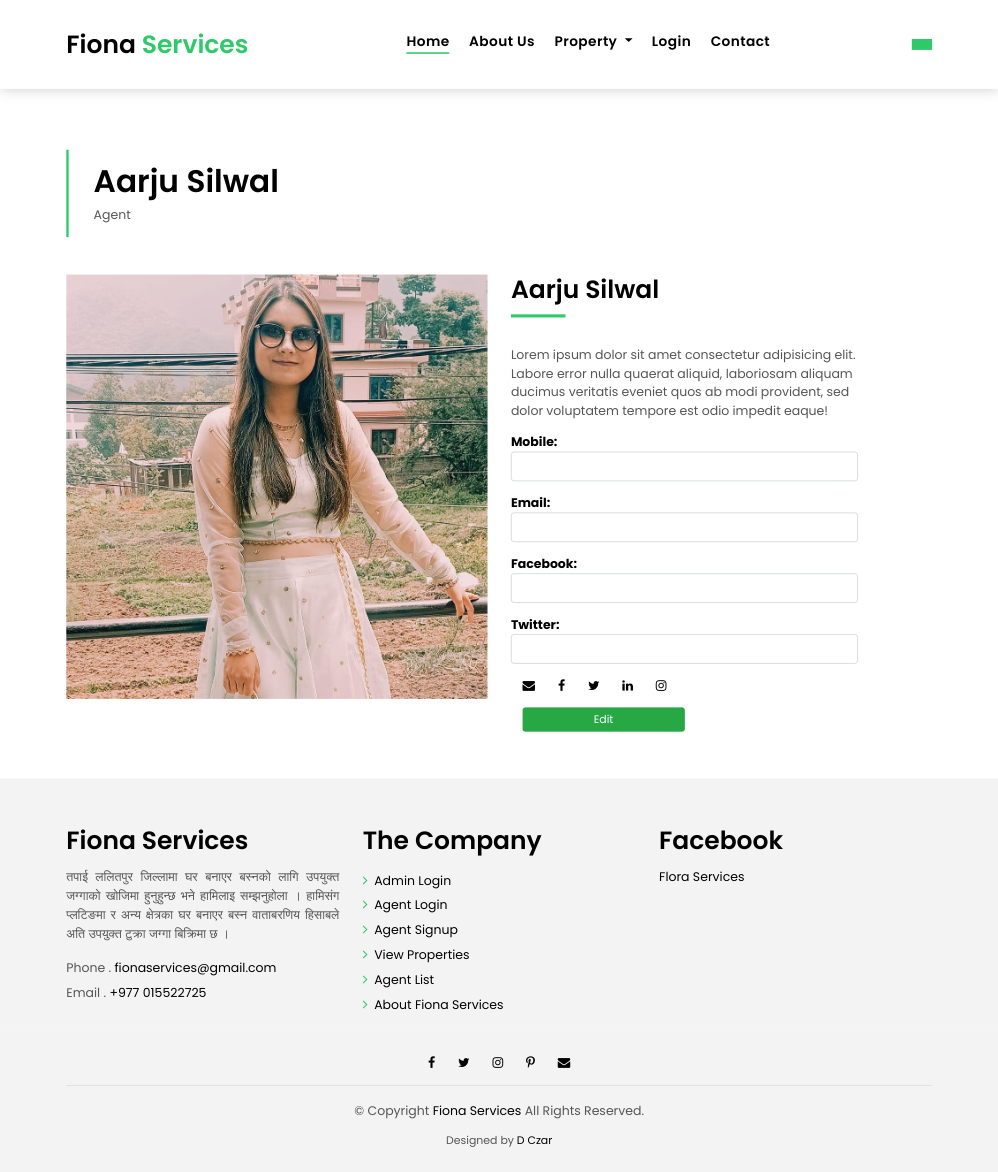
Repository: Sjuicyy/realstate
Page: profile.html
The author's editor kept a copy of each file at every save. The page is drawn from the files as they stood at one save, then again after a run of saves.
The browser window is 1280 px wide. The pictures show the whole page, at 78% of full size.

Above is the page before, as saved 2022-10-16 14:56:15.

### profile.html
<!DOCTYPE html>
<html lang="en">

<head>
    <meta charset="utf-8">
    <title>Fiona Services</title>
    <meta content="width=device-width, initial-scale=1.0" name="viewport">
    <meta content="" name="keywords">
    <meta content="" name="description">

    <!-- Favicons -->
    <link href="img/favicon.png" rel="icon">
    <link href="img/apple-touch-icon.png" rel="apple-touch-icon">

    <!-- Google Fonts -->
    <link href="https://fonts.googleapis.com/css?family=Poppins:300,400,500,600,700" rel="stylesheet">

    <!-- Bootstrap CSS File -->
    <link href="lib/bootstrap/css/bootstrap.min.css" rel="stylesheet">

    <!-- Libraries CSS Files -->
    <link href="lib/font-awesome/css/font-awesome.min.css" rel="stylesheet">
    <link href="lib/animate/animate.min.css" rel="stylesheet">
    <link href="lib/ionicons/css/ionicons.min.css" rel="stylesheet">
    <link href="lib/owlcarousel/assets/owl.carousel.min.css" rel="stylesheet">

    <!-- Main Stylesheet File -->
    <link href="css/style.css" rel="stylesheet">

    <!-- =======================================================
    Theme Name: EstateAgency
    Theme URL: https://bootstrapmade.com/real-estate-agency-bootstrap-template/
    Author: BootstrapMade.com
    License: https://bootstrapmade.com/license/
  ======================================================= -->
</head>
<div id="fb-root"></div>
<script async defer crossorigin="anonymous" src="https://connect.facebook.net/en_US/sdk.js#xfbml=1&version=v14.0"
    nonce="0jwGYLXn"></script>

<body>
    <!-- / Form Search End /-->

    <!--/ Nav Star /-->
    <nav class="navbar navbar-default navbar-trans navbar-expand-lg fixed-top">
        <div class="container">
            <button class="navbar-toggler collapsed" type="button" data-toggle="collapse" data-target="#navbarDefault"
                aria-controls="navbarDefault" aria-expanded="false" aria-label="Toggle navigation">
            </button>
            <a class="navbar-brand text-brand" href="/index.php">Fiona<span class="color-b"> Services</span></a>
            <button type="button" class="btn btn-link nav-search navbar-toggle-box-collapse d-md-none"
                data-toggle="collapse" data-target="#navbarTogglerDemo01" aria-expanded="false" title="Agent Space">

            </button>
            <div class="navbar-collapse collapse justify-content-center" id="navbarDefault">
                <ul class="navbar-nav">
                    <li class="nav-item">
                        <a class="nav-link active" href="index.php">Home</a>
                    </li>
                    <li class="nav-item">
                        <a class="nav-link" href="about.php">About Us</a>
                    </li>
                    <li class="nav-item dropdown">
                        <a class="nav-link dropdown-toggle" href="#" id="navbarDropdown" role="button"
                            data-toggle="dropdown" aria-haspopup="true" aria-expanded="false">
                            Property
                        </a>
                        <div class="dropdown-menu" aria-labelledby="navbarDropdown">
                            <a class="dropdown-item" href="property-single.php">Property Single</a>
                            <a class="dropdown-item" href="property-grid.php">Property List</a>
                        </div>
                    </li>
                    <li class="nav-item">
                        <a class="nav-link" href="Login.php">Login</a>
                    </li>
                    <li class="nav-item">
                        <a class="nav-link" href="contact.php">Contact</a>
                    </li>
                </ul>
            </div>
            <button type="button" class="btn btn-b-n navbar-toggle-box-collapse d-none d-md-block"
                data-toggle="collapse" data-target="#navbarTogglerDemo01" aria-expanded="false" title="Agent Space">
            </button>
        </div>
    </nav>
    <!--/ Nav End /-->
    <!-- ======= Intro Single ======= -->
    <section class="intro-single">
        <div class="container">
            <div class="row">
                <div class="col-md-12 col-lg-8">
                    <div class="title-single-box">
                        <h1 class="title-single">Aarju Silwal</h1>
                        <span class="color-text-a">Agent </span>
                    </div>
                </div>

            </div>
        </div>
    </section><!-- End Intro Single -->

    <!-- ======= Agent Single ======= -->
    <!-- <section class="agent-single">
        <div class="container">
            <div class="row">
                <div class="col-sm-12">
                    <div class="row">
                        <div class="col-md-6">
                            <div class="agent-avatar-box">
                                <img src="./img/aarju miss.jpg" alt="" class="agent-avatar img-fluid">
                            </div>
                        </div>
                        <div class="col-md-5 section-md-t3">
                            <div class="agent-info-box">
                                <div class="agent-title">
                                    <div class="title-box-d">
                                        <h3 class="title-d">Aarju Silwal
                                        </h3>
                                    </div>
                                </div>
                                <div class="agent-content mb-3">
                                    <p class="content-d color-text-a">
                                        Lorem ipsum dolor sit amet consectetur adipisicing elit. Labore error
                                        nulla quaerat aliquid, laboriosam aliquam ducimus veritatis eveniet quos
                                        ab modi provident, sed dolor voluptatem tempore est odio impedit eaque!
                                    </p>
                                    <div class="info-agents color-a">
                                        <strong>Mobile: </strong>
                                        <span class="color-text-a"> +977-9867867202 </span>
                                        </p>
                                        <p>
                                            <strong>Email: </strong>
                                            <span class="color-text-a"> aarzusilwal@gmail.com</span>
                                        </p>
                                        <p>
                                            <strong>Facebook: </strong>
                                            <span class="color-text-a"> Margaret.Es</span>
                                        </p>
                                        <p>
                                            <strong>Twitter: </strong>
                                            <span class="color-text-a"> agents@example.com</span>
                                        </p>
                                    </div>
                                </div>
                                <div class="col-md-12">

                                    <div class="socials-a">
                                        <ul class="list-inline">
                                            <li class="list-inline-item">
                                                <a href="#">
                                                    <i class="fa fa-envelope" aria-hidden="true"></i>
                                                </a>
                                            </li>
                                            <li class="list-inline-item">
                                                <a href="#">
                                                    <i class="fa fa-facebook" aria-hidden="true"></i>
                                                </a>
                                            </li>
                                            <li class="list-inline-item">
                                                <a href="#">
                                                    <i class="fa fa-twitter" aria-hidden="true"></i>
                                                </a>
                                            </li>
                                            <li class="list-inline-item">
                                                <a href="#">
                                                    <i class="fa fa-linkedin" aria-hidden="true"></i>
                                                </a>
                                            </li>
                                            <li class="list-inline-item">
                                                <a href="#">
                                                    <i class="fa fa-instagram" aria-hidden="true"></i>
                                                </a>
                                            </li>
                                        </ul>
                                    </div>
                                </div>
                                <div class="col-md-12">
                                    <a href="./Add-Property.html">
                                        <div class="btn btn-sm btn-success w-50">Edit</div>
                                    </a>
                                </div>
                            </div>
                        </div>
                    </div>
                </div>

            </div>

        </div>

    </section> -->

    <!---  ===== End Agent Single ======== -->




    <!-- =======Editable Agent Section start ======== -->
    <section class="agent-single">
        <div class="container">
            <div class="row">
                <div class="col-sm-12">
                    <div class="row">
                        <div class="col-md-6">
                            <div class="agent-avatar-box">
                                <img src="./img/aarju miss.jpg" alt="" class="agent-avatar img-fluid">
                            </div>
                        </div>
                        <div class="col-md-5 section-md-t3">
                            <div class="agent-info-box">
                                <div class="agent-title">
                                    <div class="title-box-d">
                                        <h3 class="title-d">Aarju Silwal
                                        </h3>
                                    </div>
                                </div>
                                <div class="agent-content mb-3">
                                    <p class="content-d color-text-a">
                                        Lorem ipsum dolor sit amet consectetur adipisicing elit. Labore error
                                        nulla quaerat aliquid, laboriosam aliquam ducimus veritatis eveniet quos
                                        ab modi provident, sed dolor voluptatem tempore est odio impedit eaque!
                                    </p>
                                    <div class="info-agents color-a">
                                        <strong>Mobile: </strong>
                                            <input class=" form form-control"  type="text">
                                        </p>
                                        <p>
                                            <strong>Email: </strong>
                                            <input class=" form form-control"  type="text">
                                        </p>
                                        <p>
                                            <strong>Facebook: </strong>
                                            <input class=" form form-control" type="text">                                        </p>
                                        <p>
                                            <strong>Twitter: </strong>
                                            <input class=" form form-control" type="text">                                        </p>
                                    </div>
                                </div>
                                <div class="col-md-12">

                                    <div class="socials-a">
                                        <ul class="list-inline">
                                            <li class="list-inline-item">
                                                <a href="#">
                                                    <i class="fa fa-envelope" aria-hidden="true"></i>
                                                </a>
                                            </li>
                                            <li class="list-inline-item">
                                                <a href="#">
                                                    <i class="fa fa-facebook" aria-hidden="true"></i>
                                                </a>
                                            </li>
                                            <li class="list-inline-item">
                                                <a href="#">
                                                    <i class="fa fa-twitter" aria-hidden="true"></i>
                                                </a>
                                            </li>
                                            <li class="list-inline-item">
                                                <a href="#">
                                                    <i class="fa fa-linkedin" aria-hidden="true"></i>
                                                </a>
                                            </li>
                                            <li class="list-inline-item">
                                                <a href="#">
                                                    <i class="fa fa-instagram" aria-hidden="true"></i>
                                                </a>
                                            </li>
                                        </ul>
                                    </div>
                                </div>
                                <div class="col-md-12">
                                    <a href="./Add-Property.html">
                                        <div class="btn btn-sm btn-success w-50">Edit</div>
                                    </a>
                                </div>
                            </div>
                        </div>
                    </div>
                </div>

            </div>

        </div>

    </section>
    <!-- =======Editable Agent Section end ======== -->

    <!--/ footer 1 Star /-->
    <section class="section-footer">
        <div class="container">
            <div class="row">
                <div class="col-sm-12 col-md-4">
                    <div class="widget-a">
                        <div class="w-header-a">
                            <h3 class="w-title-a text-brand">Fiona Services</h3>
                        </div>
                        <div class="w-body-a">
                            <p class="w-text-a color-text-a" align="justify">
                                तपाई ललितपुर जिल्लामा घर बनाएर बस्नको लागि उपयुक्त जग्गाको खोजिमा
                                हुनुहुन्छ भने
                                हामिलाइ सम्झनुहोला ।
                                हामिसंग प्लटिङमा र अन्य क्षेत्रका घर बनाएर बस्न वाताबरणिय हिसाबले अति
                                उपयुक्त
                                टुक्रा जग्गा बिक्रिमा छ
                                ।
                            </p>
                        </div>
                        <div class="w-footer-a">
                            <ul class="list-unstyled">
                                <li class="color-a">
                                    <span class="color-text-a">Phone .</span> fionaservices@gmail.com
                                </li>
                                <li class="color-a">
                                    <span class="color-text-a">Email .</span> +977 015522725
                                </li>
                            </ul>
                        </div>
                    </div>
                </div>
                <div class="col-sm-12 col-md-4 section-md-t3">
                    <div class="widget-a">
                        <div class="w-header-a">
                            <h3 class="w-title-a text-brand">The Company</h3>
                        </div>
                        <div class="w-body-a">
                            <div class="w-body-a">
                                <ul class="list-unstyled">
                                    <li class="item-list-a">
                                        <i class="fa fa-angle-right"></i> <a href="#">Admin Login</a>
                                    </li>
                                    <li class="item-list-a">
                                        <i class="fa fa-angle-right"></i> <a href="#">Agent Login</a>
                                    </li>
                                    <li class="item-list-a">
                                        <i class="fa fa-angle-right"></i> <a href="#">Agent Signup</a>
                                    </li>
                                    <li class="item-list-a">
                                        <i class="fa fa-angle-right"></i> <a href="#">View
                                            Properties</a>
                                    </li>
                                    <li class="item-list-a">
                                        <i class="fa fa-angle-right"></i> <a href="#">Agent List</a>
                                    </li>
                                    <li class="item-list-a">
                                        <i class="fa fa-angle-right"></i> <a href="#">About Fiona
                                            Services</a>
                                    </li>
                                </ul>
                            </div>
                        </div>
                    </div>
                </div>
                <div class="col-sm-12 col-md-4 section-md-t3">
                    <div class="widget-a">
                        <div class="w-header-a">
                            <h3 class="w-title-a text-brand">Facebook</h3>
                        </div>
                        <div class="w-body-a">
                            <div class="fb-page" data-href="https://www.facebook.com/floraservices2070"
                                data-tabs="timeline" data-width="" data-height="110" data-small-header="false"
                                data-adapt-container-width="true" data-hide-cover="false" data-show-facepile="false">
                                <blockquote cite="https://www.facebook.com/floraservices2070"
                                    class="fb-xfbml-parse-ignore"><a
                                        href="https://www.facebook.com/floraservices2070">Flora
                                        Services</a>
                                </blockquote>
                            </div>
                        </div>
                    </div>
                </div>
            </div>
        </div>
    </section>

    <!--/ Footer 2 End /-->


    <!-- footer 2 start -->

    <footer>
        <div class="container">
            <div class="row">
                <div class="col-md-12">

                    <div class="socials-a">
                        <ul class="list-inline">
                            <li class="list-inline-item">
                                <a href="#">
                                    <i class="fa fa-facebook" aria-hidden="true"></i>
                                </a>
                            </li>
                            <li class="list-inline-item">
                                <a href="#">
                                    <i class="fa fa-twitter" aria-hidden="true"></i>
                                </a>
                            </li>
                            <li class="list-inline-item">
                                <a href="#">
                                    <i class="fa fa-instagram" aria-hidden="true"></i>
                                </a>
                            </li>
                            <li class="list-inline-item">
                                <a href="#">
                                    <i class="fa fa-pinterest-p" aria-hidden="true"></i>
                                </a>
                            </li>
                            <li class="list-inline-item">
                                <a href="#">
                                    <i class="fa fa-envelope" aria-hidden="true"></i>
                                </a>
                            </li>
                        </ul>
                    </div>
                    <div class="copyright-footer">
                        <p class="copyright color-text-a">
                            &copy; Copyright
                            <span class="color-a">Fiona Services</span> All Rights Reserved.
                        </p>
                    </div>
                    <div class="credits">

                        Designed by <a href="https://pritambajagain.com.np/">D Czar</a>
                    </div>
                </div>
            </div>
        </div>
    </footer>
    <!--/ Footer 2 End /-->

    <a href="#" class="back-to-top"><i class="fa fa-chevron-up"></i></a>
    <div id="preloader"></div>

    <!-- JavaScript Libraries -->
    <script>
        function readURL(input) {
            if (input.files && input.files[0]) {
                var reader = new FileReader();

                reader.onload = function (e) {
                    $('#blah')
                        .attr('src', e.target.result);
                };

                reader.readAsDataURL(input.files[0]);
            }
        }
    </script>
    <script src="lib/jquery/jquery.min.js"></script>
    <script src="lib/jquery/jquery-migrate.min.js"></script>
    <script src="lib/popper/popper.min.js"></script>
    <script src="lib/bootstrap/js/bootstrap.min.js"></script>
    <script src="lib/easing/easing.min.js"></script>
    <script src="lib/owlcarousel/owl.carousel.min.js"></script>
    <script src="lib/scrollreveal/scrollreveal.min.js"></script>
    <!-- Contact Form JavaScript File -->
    <script src="contactform/contactform.js"></script>

    <!-- Template Main Javascript File -->
    <script src="js/main.js"></script>

</body>

</html>

Loaded but not shown: lib/bootstrap/css/bootstrap.min.css (library); lib/font-awesome/css/font-awesome.min.css (library); lib/animate/animate.min.css (library); lib/ionicons/css/ionicons.min.css (library); lib/owlcarousel/assets/owl.carousel.min.css (library); lib/jquery/jquery.min.js (library); lib/jquery/jquery-migrate.min.js (library); lib/popper/popper.min.js (library); lib/bootstrap/js/bootstrap.min.js (library); lib/easing/easing.min.js (common file); lib/owlcarousel/owl.carousel.min.js (library); lib/scrollreveal/scrollreveal.min.js (library); js/main.js (150 lines, source omitted); contactform/contactform.js (118 lines, source omitted); css/style.css (2025 lines, source omitted)

After the next 2 saves:
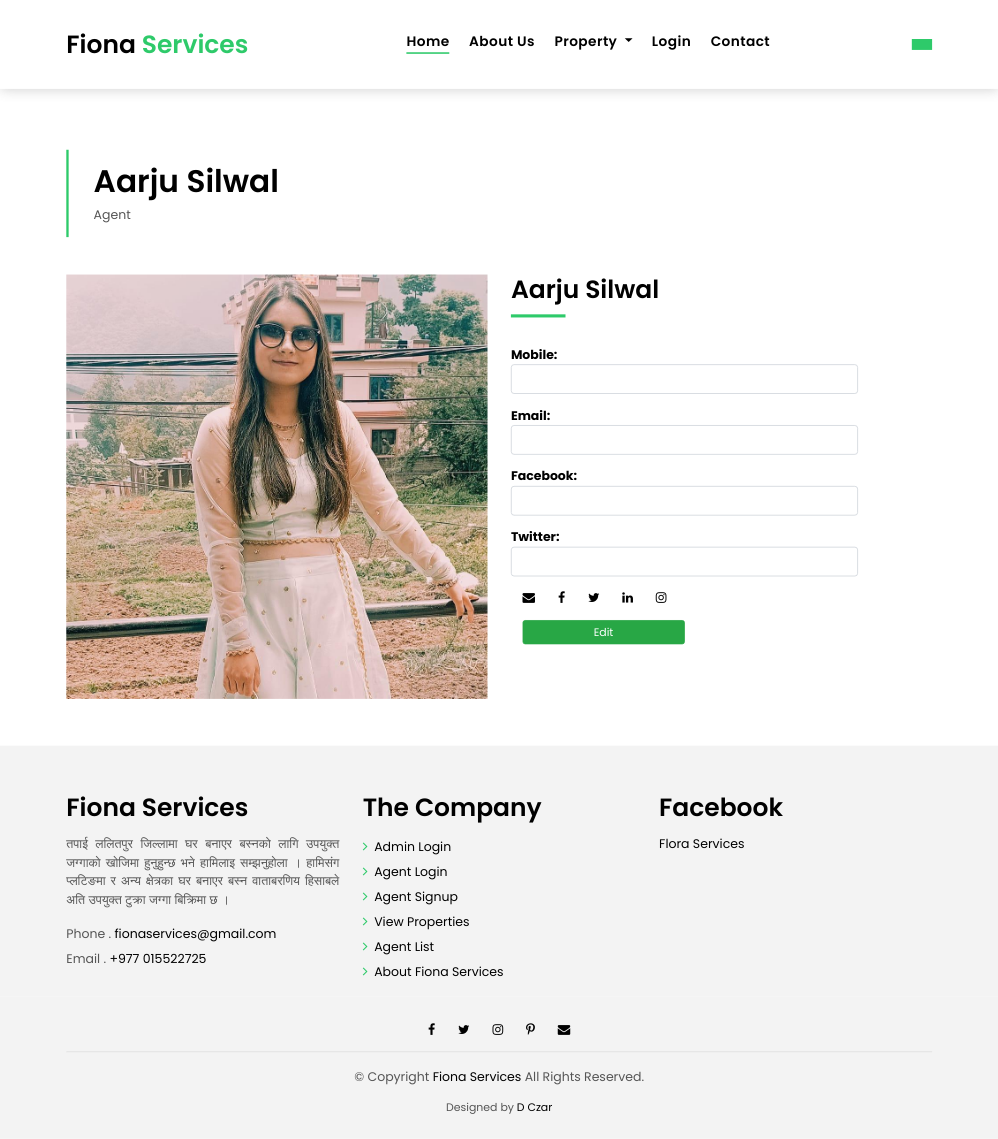
The 2 saves are shown as one change because they came seconds apart.
The last was saved 11 s later.
--- a/profile.html
+++ b/profile.html
@@ -215,11 +215,6 @@
                                     </div>
                                 </div>
                                 <div class="agent-content mb-3">
-                                    <p class="content-d color-text-a">
-                                        Lorem ipsum dolor sit amet consectetur adipisicing elit. Labore error
-                                        nulla quaerat aliquid, laboriosam aliquam ducimus veritatis eveniet quos
-                                        ab modi provident, sed dolor voluptatem tempore est odio impedit eaque!
-                                    </p>
                                     <div class="info-agents color-a">
                                         <strong>Mobile: </strong>
                                             <input class=" form form-control"  type="text">
